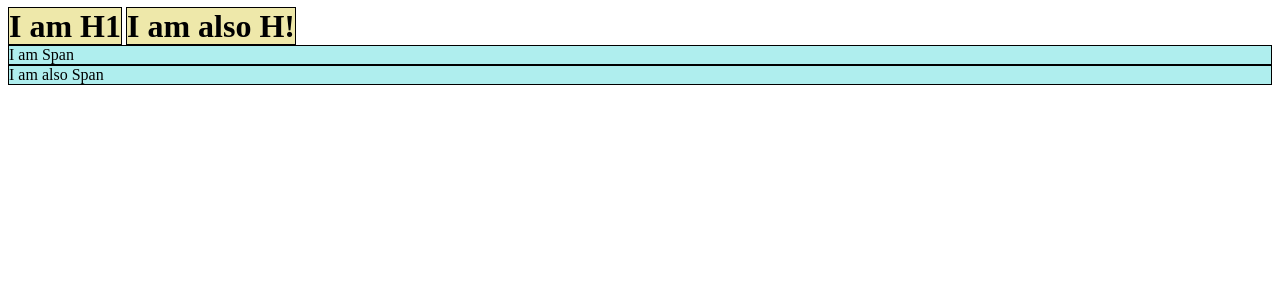
Repository: zhFIsHappy/UdemyFullStack
Page: app2.html
The author's editor kept a copy of each file at every save. The page is drawn from the files as they stood at one save, then again after a run of saves.
The browser window is 1280 px wide. The pictures show the whole page.

Above is the page before, as saved 2022-03-24 11:00:53.

After the next 3 saves:
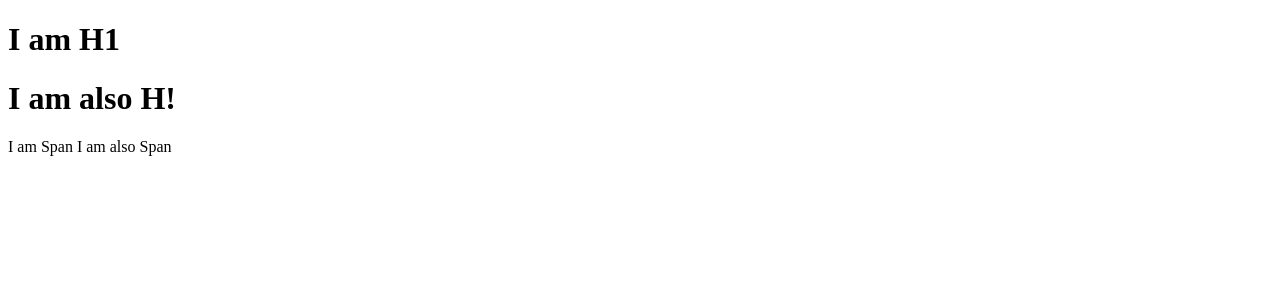
The 3 saves are shown as one change because they came seconds apart.
The last was saved 9 s later.
--- a/app2.css
+++ b/app2.css
@@ -1,3 +1,4 @@
+/*/*
 h1{
     background-color:palegoldenrod;
     border : 1px solid black;

After the save that followed:
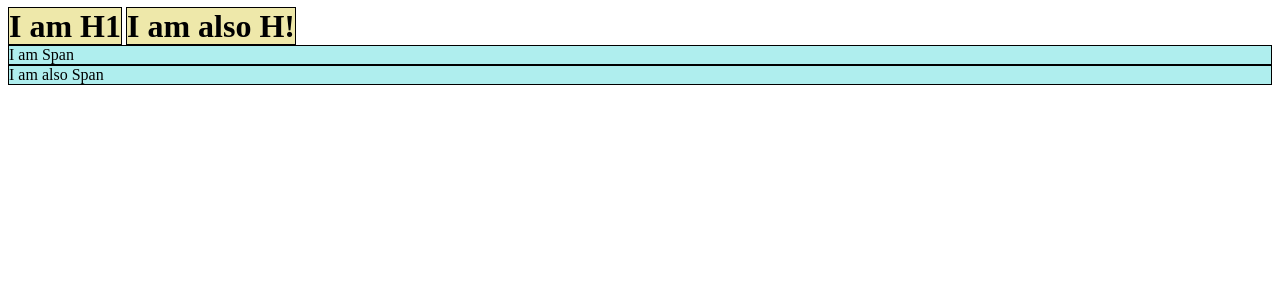
Saved 4 s later.
--- a/app2.css
+++ b/app2.css
@@ -1,4 +1,4 @@
-/*/*
+/*display */
 h1{
     background-color:palegoldenrod;
     border : 1px solid black;
